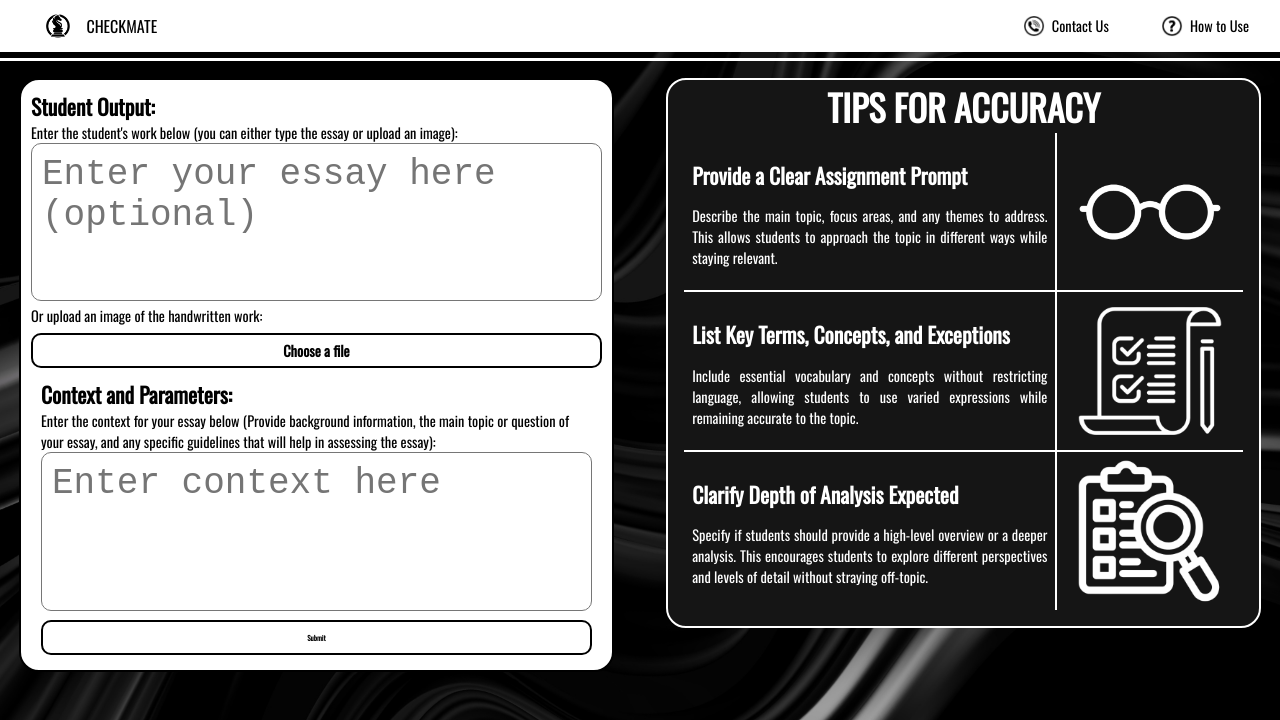
Repository: iiTzXyZ11/CheckMateAI
Page: http://localhost/scan
These files come from the project's save history. The page is drawn as it stood at one moment and after the next save; the edit follows.
The browser window is 1280 px wide. The pictures show the whole page.
The page is served by the project's application, run on Flask 3 (app.py).

Above is the page before, as saved 2025-01-30 21:38:45.

After the next save:
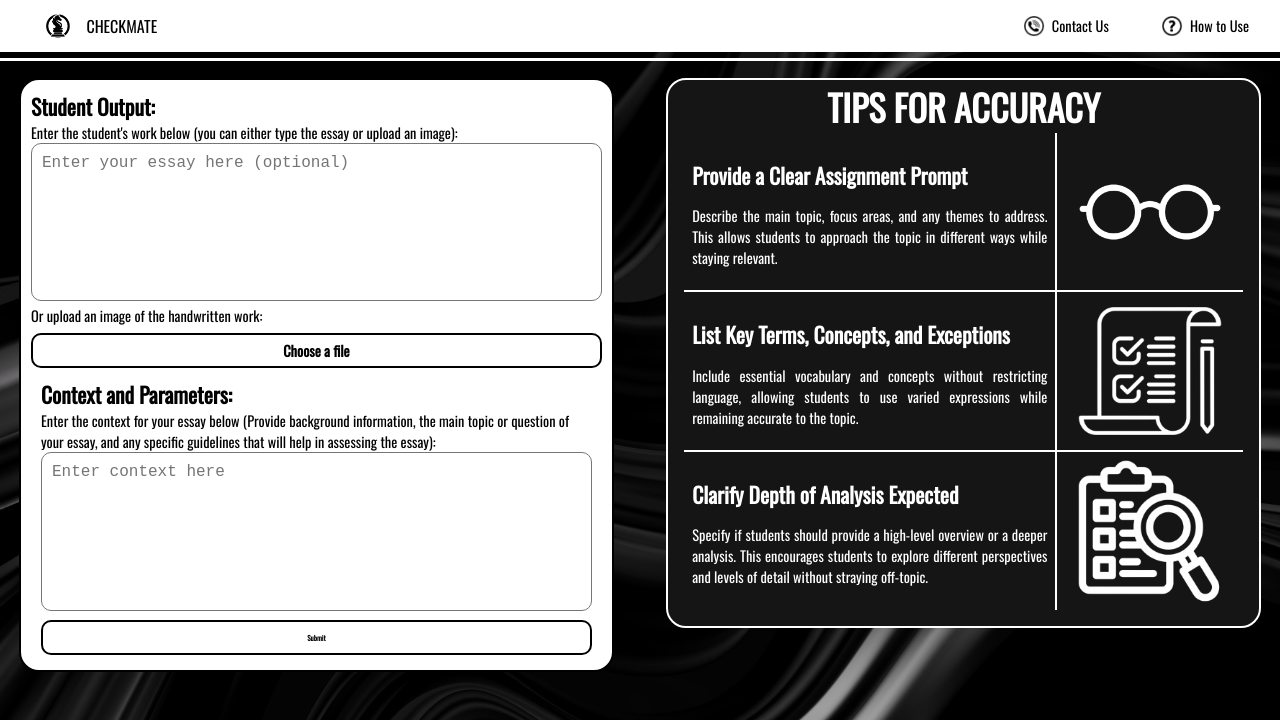
Saved 4 s later.
--- a/static/css/test_style.css
+++ b/static/css/test_style.css
@@ -11,7 +11,7 @@
     }
 
     .box  textarea, .box1 textarea{
-        font-size: clamp(0.5rem,5vh,3rem);
+        font-size: clamp(0.5rem,5vh,1rem);
     }
 
     .box{
